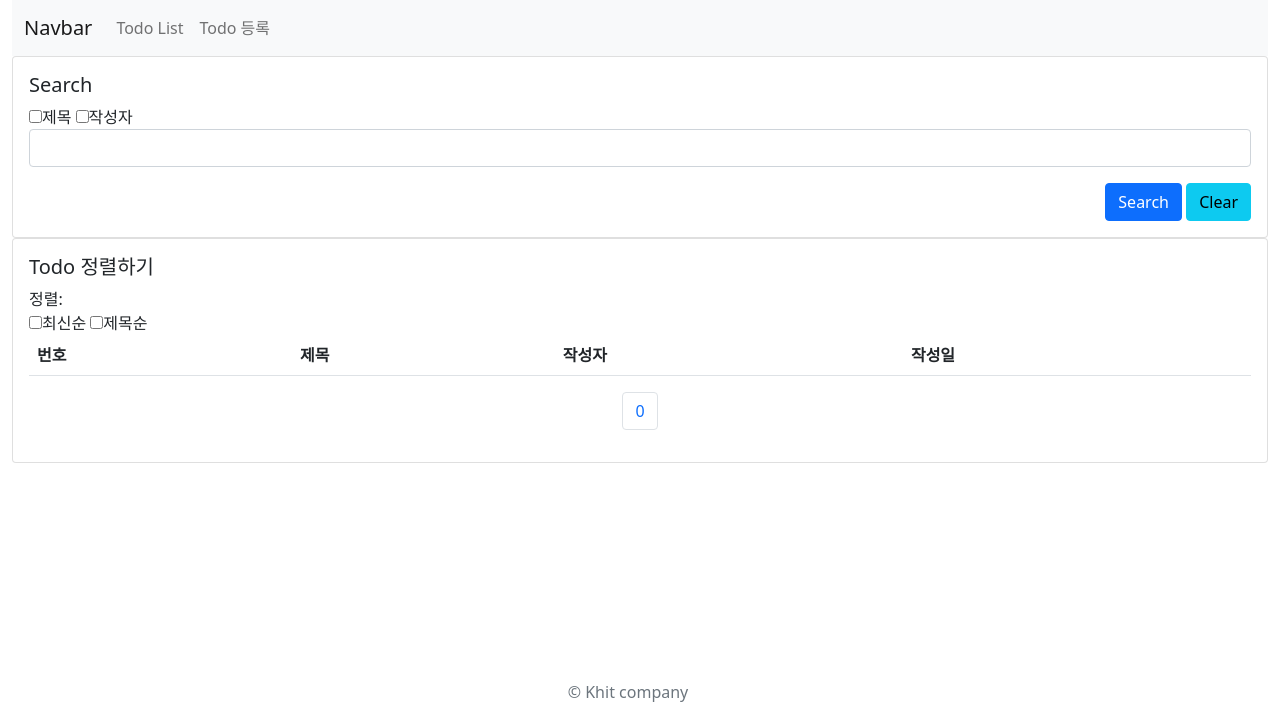
Repository: KyoungHwanJeong/springworks
Page: http://localhost/todoweb/WEB-INF/views/todo/list_sort.jsp
An editor plug-in stored every save of this project. The page is shown before and after a run of saves, followed by the edit.
The browser window is 1280 px wide. The pictures show the whole page.
The page is served by Tomcat 9. Nobody is signed in. The template is opened directly, without the code that normally fills it, so the values that code supplies are empty.

Above is the page before, as saved 2024-01-10 03:13:15.

After the next 2 saves:
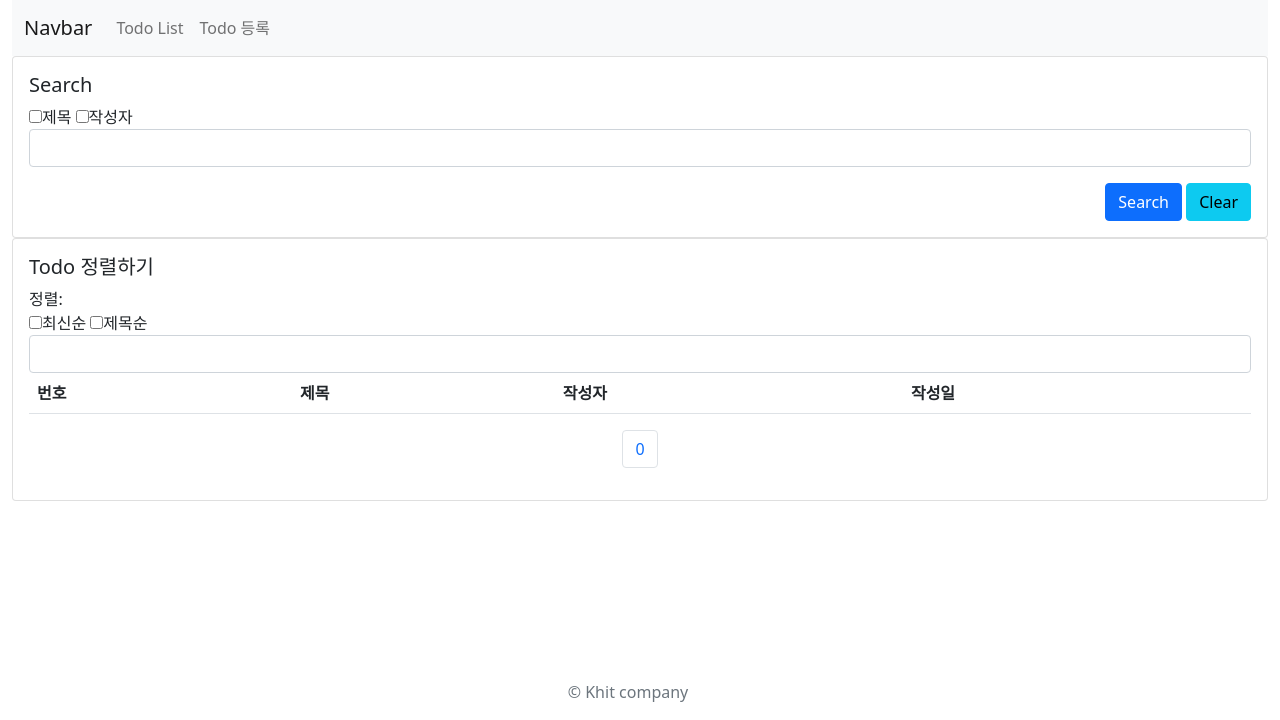
The 2 saves are shown as one change because they came seconds apart.
The last was saved 40 s later.
--- a/todoweb/src/main/webapp/WEB-INF/views/todo/list_sort.jsp
+++ b/todoweb/src/main/webapp/WEB-INF/views/todo/list_sort.jsp
@@ -48,6 +48,7 @@
 								<div>
 								<input type="checkbox" name="sorts" value="recent">최신순
 								<input type="checkbox" name="sorts" value="popular">제목순
+								<input type="text" name="keyword" class="form-control">
 
 
 								</div>
